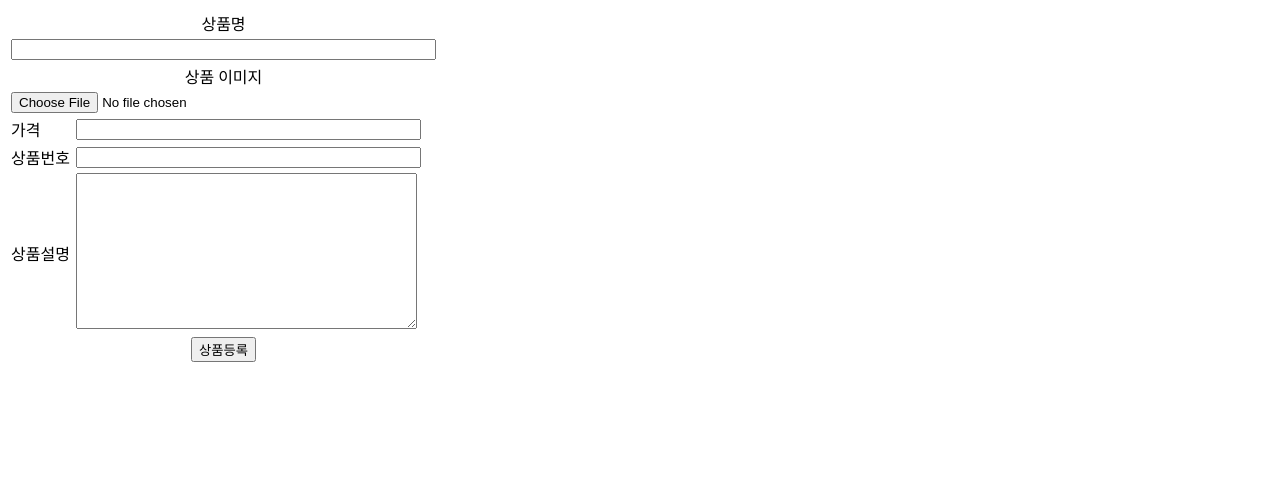
Repository: gunvv00/Java_practice
Page: html_work/html01/WebContent/goods.html
The author's editor kept a copy of each file at every save. The page is drawn from the files as they stood at one save, then again after the next save.
The browser window is 1280 px wide. The pictures show the whole page.

Above is the page before, as saved 2020-01-02 07:41:48.

### html_work/html01/WebContent/goods.html
<!DOCTYPE html>
<html>
<head>
<meta charset="UTF-8">
<title>상품등록</title>
</head>
<body>
<form action = "good.jsp" method = "post">
	<TABLE Border = 0 height = 300 width = 300 >
		<tr>
			<td align = "center" colspan = "2">상품명</td>
		</tr>
		<tr>
			<td align = "center" colspan = "2"><input type = "product" name="" value = ""  size = "50"></td>
		</tr>
		<tr>
			<td align = "center" colspan = "2">상품 이미지</td>
		</tr>
		<tr>
			<td colspan = "2"><input type='file' name='file' value ="" /></td>
		</tr>
		<tr>
			<td>가격</td>
			<td><input type = "price" name="" value = "" size = "40" ></td>
		</tr>
		<tr>
			<td>상품번호</td>
			<td><input type = "produtNumber" name="" value = "" size = "40" ></td>
		</tr>
		<tr>
			<td>상품설명</td>
			<td><textarea name = "" rows = "10" cols="40">  </textarea></td>
		</tr>
		<tr align="center">
			<td colspan="2"><input type = "submit" value = "상품등록"/>	</td>

		</tr>
	</TABLE>




</body>
</html>

After the next save:
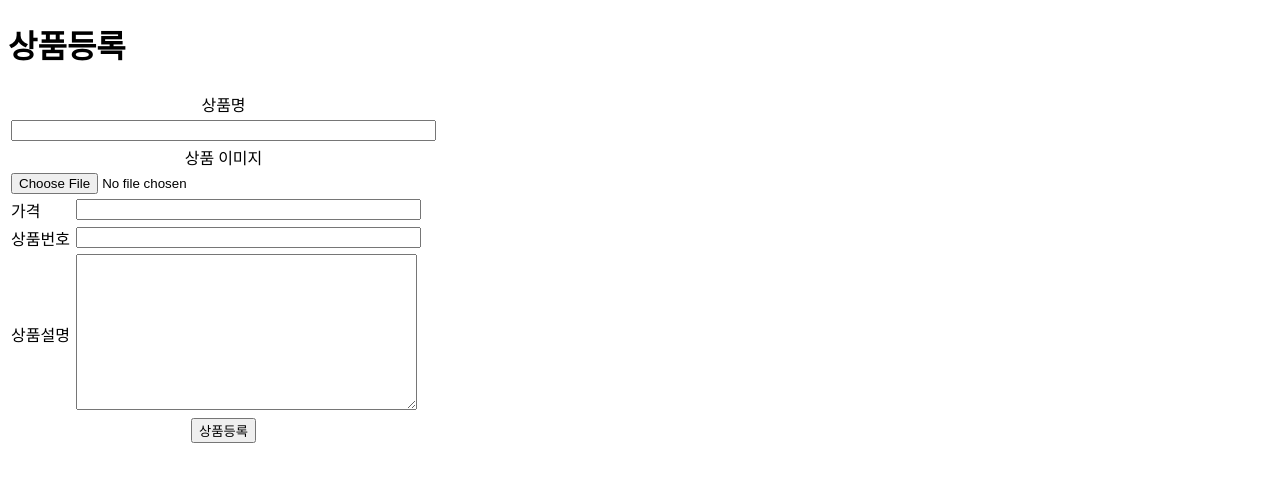
Saved 21 s later.
--- a/html_work/html01/WebContent/goods.html
+++ b/html_work/html01/WebContent/goods.html
@@ -6,6 +6,7 @@
 </head>
 <body>
 <form action = "good.jsp" method = "post">
+	<h1>상품등록</h1>
 	<TABLE Border = 0 height = 300 width = 300 >
 		<tr>
 			<td align = "center" colspan = "2">상품명</td>
